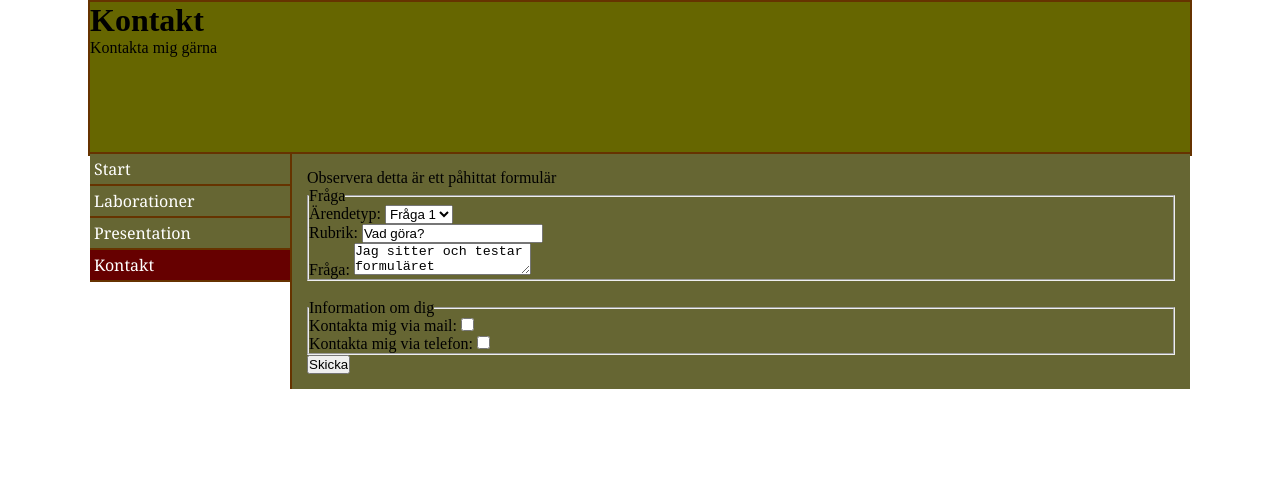
Repository: jt222ia/1ik415-jt222ia-laborationer
Page: pages/kontakt.html
The author's editor kept a record of every edit. The page is drawn from the files as they stood at one moment, then again after the next edit.
The browser window is 1280 px wide. The pictures show the whole page.

Above is the page before.

After the next edit:
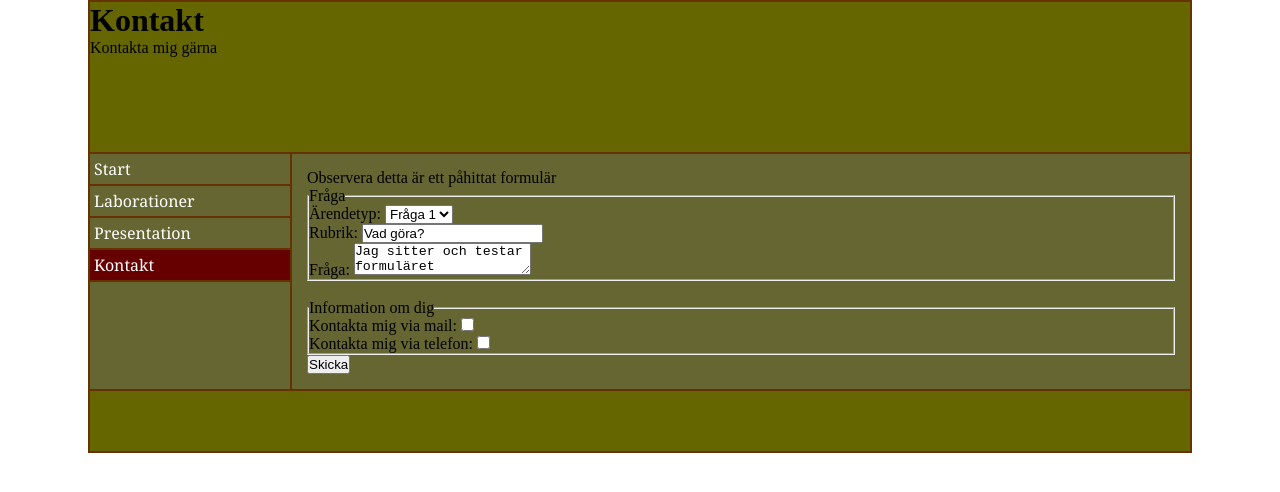
The edit:
--- a/pages/kontakt.html
+++ b/pages/kontakt.html
@@ -43,6 +43,10 @@
 
            <input type="submit" value="Skicka" />
         </form>
+        </div>
+        <div id="footer">
+
+        </div>
     </div>
     </body>
 </html>
